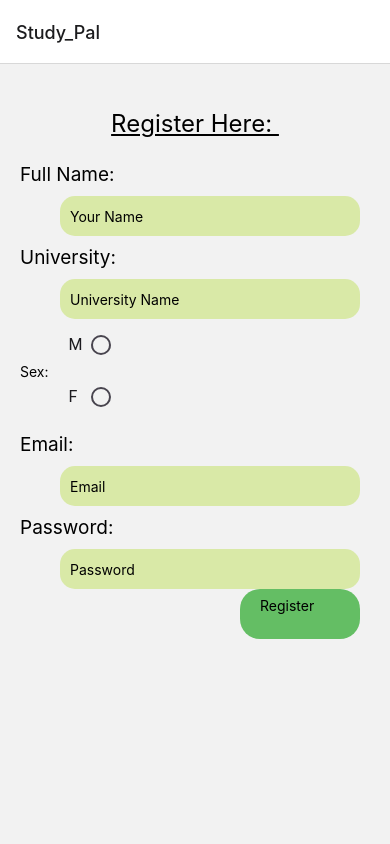
Repository: abdurehmanali611/Study-Pal
Screen: /
The author's editor kept a copy of each file at every save. The screen is drawn from the files as they stood at one save, then again after the next save.
The app was drawn by React Native's web renderer in a window 390 px wide. The project was rebuilt for these pictures with package versions that can differ from the ones it lists, and the page was loaded fresh each time. Also part of the build but not shown: Front_Pages/Home.js, Screens/Softwareeng.js, Screens/Computersci.js, Screens/Informationsci.js, Screens/Informationtech.js, Screens/Softwarecards.js, Screens/Computercards.js, Screens/Sciencecards.js and 4 more.

Above is the screen before, as saved 2024-01-23 22:21:27.

After the next save:
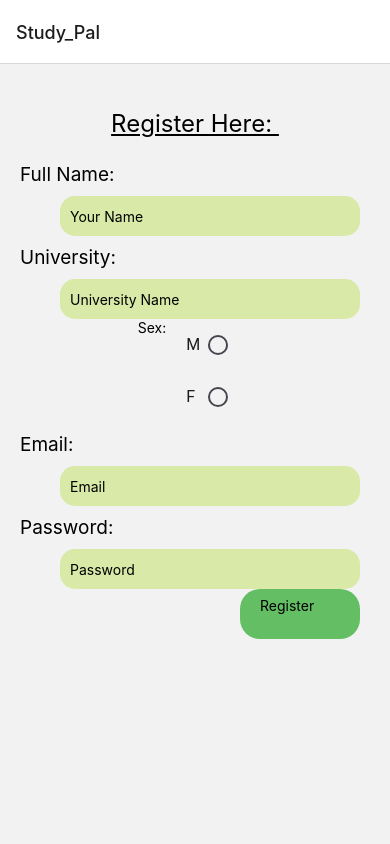
Saved 12 s later.
--- a/Front_Pages/Sign_Up.js
+++ b/Front_Pages/Sign_Up.js
@@ -52,7 +52,7 @@ const Sign_Up = ({navigation}) => {
             textContentType='name'
             />
          </View>
-         <View style = {{flexDirection: 'row', alignItems: 'center'}}>
+         <View style = {{flexDirection: 'row', alignSelf: 'center'}}>
             <View>
                <Text>Sex: </Text>
             </View>
